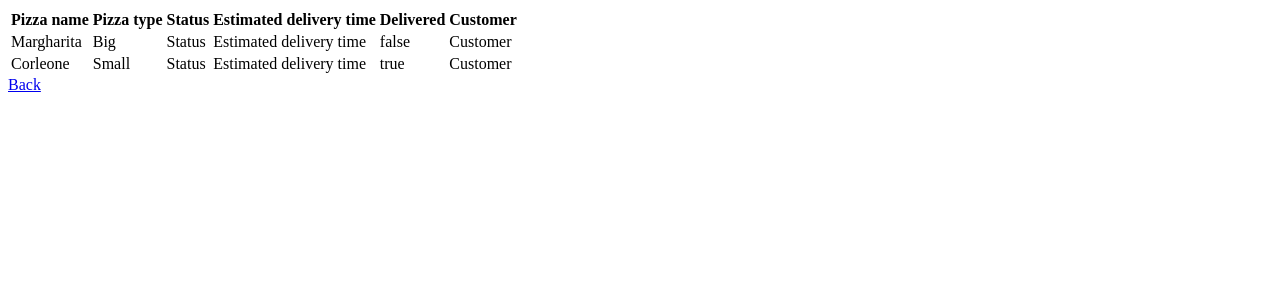
Repository: lukas77pro/html_css_js
Page: html/Test/WebContent/Tabela.html
An editor plug-in stored every save of this project. The page is shown before and after the next save, followed by the edit.
The browser window is 1280 px wide. The pictures show the whole page.

Above is the page before, as saved 2015-07-10 13:00:15.

### html/Test/WebContent/Tabela.html
<!DOCTYPE html>
<html>
<head>
<meta charset="UTF-8">
<title>Insert title here</title>
</head>
<body>
	<label>
	</label>
	<table>
		<tr>
			<th>Pizza name</th>
			<th>Pizza type</th>
			<th>Status</th>
			<th>Estimated delivery time</th>
			<th>Delivered</th>
			<th>Customer</th>
		</tr>
		<tr>
			<td>Margharita</td>
			<td>Big</td>
			<td>Status</td>
			<td>Estimated delivery time</td>
			<td>false</td>
			<td>Customer</td>
		</tr>
		<tr>
			<td>Corleone</td>
			<td>Small</td>
			<td>Status</td>
			<td>Estimated delivery time</td>
			<td>true</td>
			<td>Customer</td>
		</tr>
	</table>

	<a href="Formularz.html">Back</a>

</body>
</html>

After the next save:
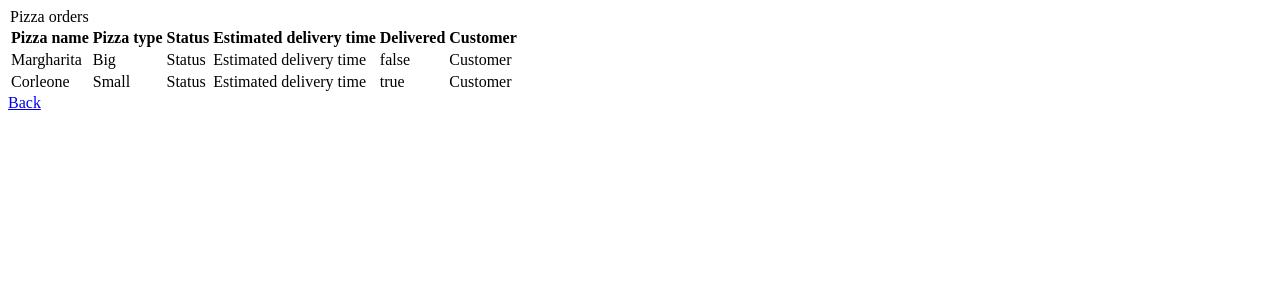
Saved 2 min 5 s later.
--- a/html/Test/WebContent/Tabela.html
+++ b/html/Test/WebContent/Tabela.html
@@ -5,8 +5,7 @@
 <title>Insert title here</title>
 </head>
 <body>
-	<label>
-	</label>
+	<legend>Pizza orders</legend>
 	<table>
 		<tr>
 			<th>Pizza name</th>
